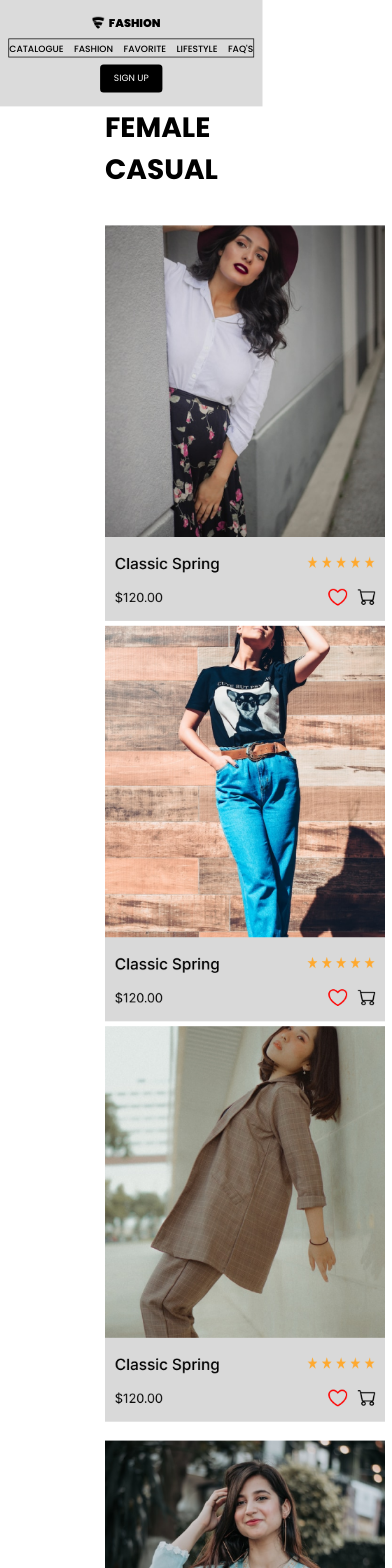
Repository: isaacCodes1/My-Project
Page: lifestyle.html
An editor plug-in stored every save of this project. The page is shown before and after the next save, followed by the edit.
The browser window is 375 px wide. The page is 560 px wide, so the pictures cover 560 px, including what lies to the right of the window. The pictures show the part of the page from y = 0 to 2240 px (the page is 5681 px tall before and 5562 px after), at 70% of full size.

Above is the page before, as saved 2024-03-21 18:25:26.

After the next save:
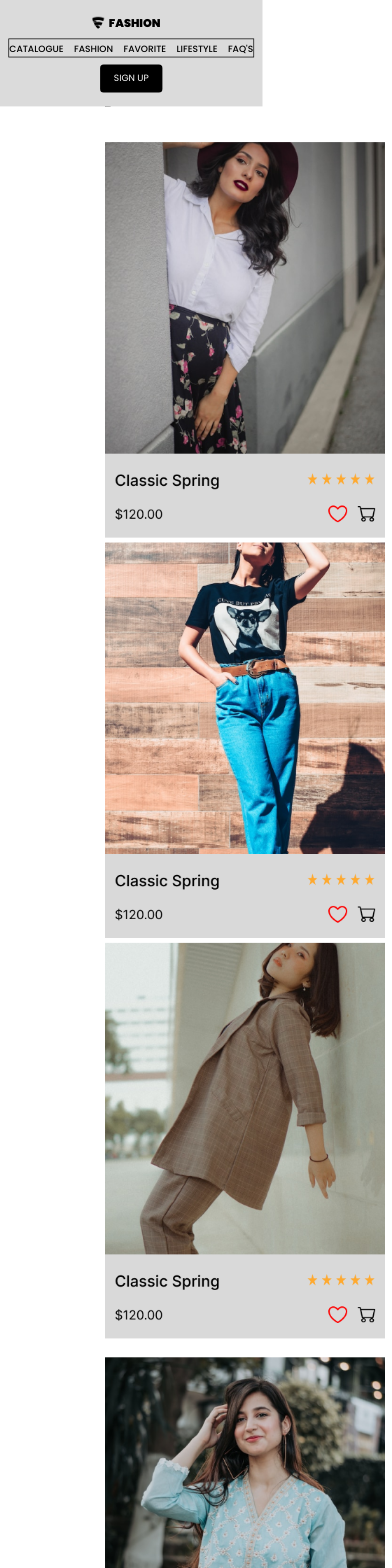
Saved 18 s later.
--- a/Media query.css
+++ b/Media query.css
@@ -152,7 +152,7 @@
   .links1 a {
     font-size: 15px;
   }
-  .faeturedTxt h1 {
+  .featuredTxt h1 {
     font-size: 1px;
   }
 }
